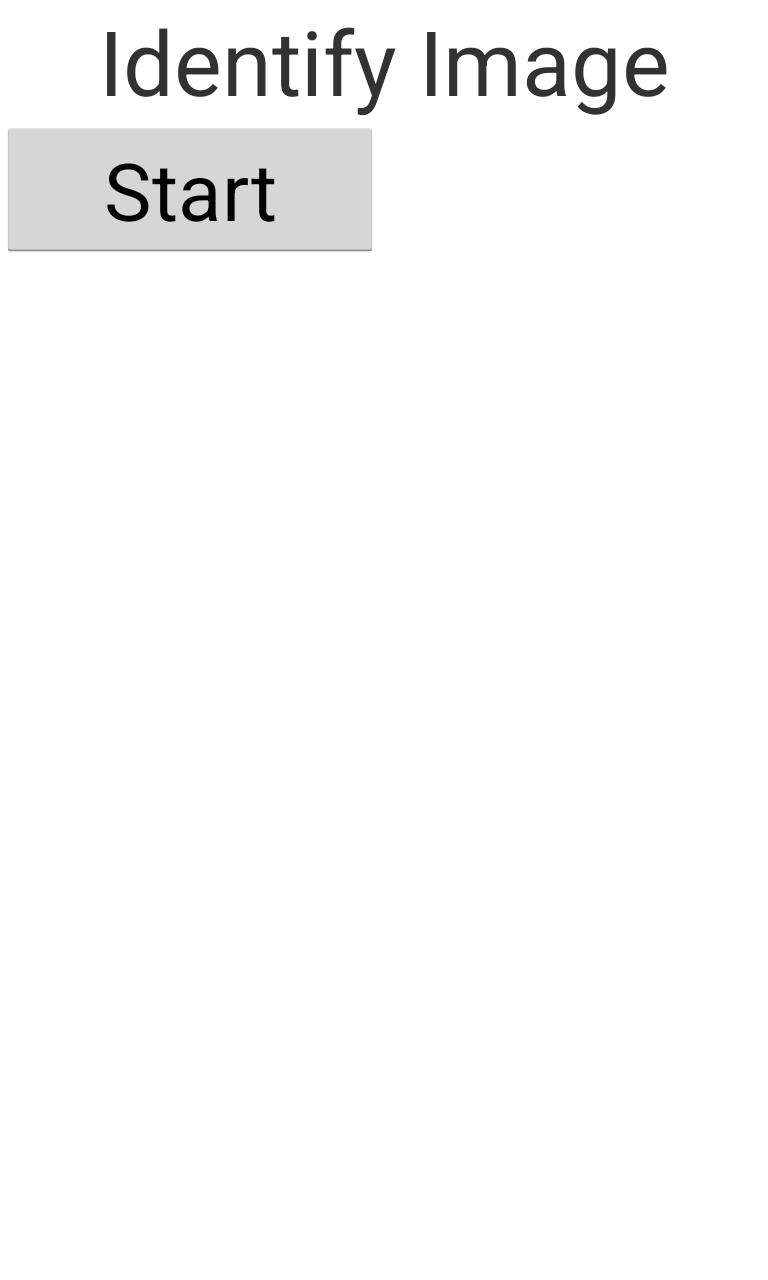
Repository: rupaligarje123/aakash
Layout: androidphotoquiz/FunChem1/photoquiz/res/layout/activity_main.xml
An editor plug-in stored every save of this project. The layout is shown before and after the next save, followed by the edit.
It is drawn on a 768 x 1280 px phone screen (xhdpi) without system bars, with theme AppTheme; the app's code is not run.

Above is the layout before, as saved 2013-04-18 06:32:58.

### androidphotoquiz/FunChem1/photoquiz/res/layout/activity_main.xml
<?xml version = "1.0" encoding ="utf-8"?>
<LinearLayout xmlns:android="http://schemas.android.com/apk/res/android"
    xmlns:tools="http://schemas.android.com/tools"
    android:layout_width="fill_parent"
    android:layout_height="fill_parent"
    android:orientation="vertical" >

    <TextView
        android:id="@+id/tvDisplay"
        android:layout_width="fill_parent"
        android:layout_height="60sp"
        android:layout_weight="0.00"
        android:gravity="center"
        android:text="@string/hello_world"
        android:textSize="45sp" />

    <Button
        android:id="@+id/bEasy"
        android:layout_width="190dp"
        android:layout_height="wrap_content"
        android:text="@string/string1"
        android:textSize="40sp" />

</LinearLayout>

### androidphotoquiz/FunChem1/photoquiz/res/values/strings.xml
<?xml version="1.0" encoding="utf-8"?>
<resources>

    <string name="app_name">FunChem</string>
    <string name="action_settings">Settings</string>
    <string name="hello_world">Identify Image</string>
    <string name="Result">Select answer</string>
    <string name="string1">Start</string>

</resources>

Loaded but not shown: androidphotoquiz/FunChem1/photoquiz/res/values/styles.xml (common file); androidphotoquiz/FunChem1/photoquiz/res/values-v11/styles.xml (common file); androidphotoquiz/FunChem1/photoquiz/res/values-v14/styles.xml (common file)

After the next save:
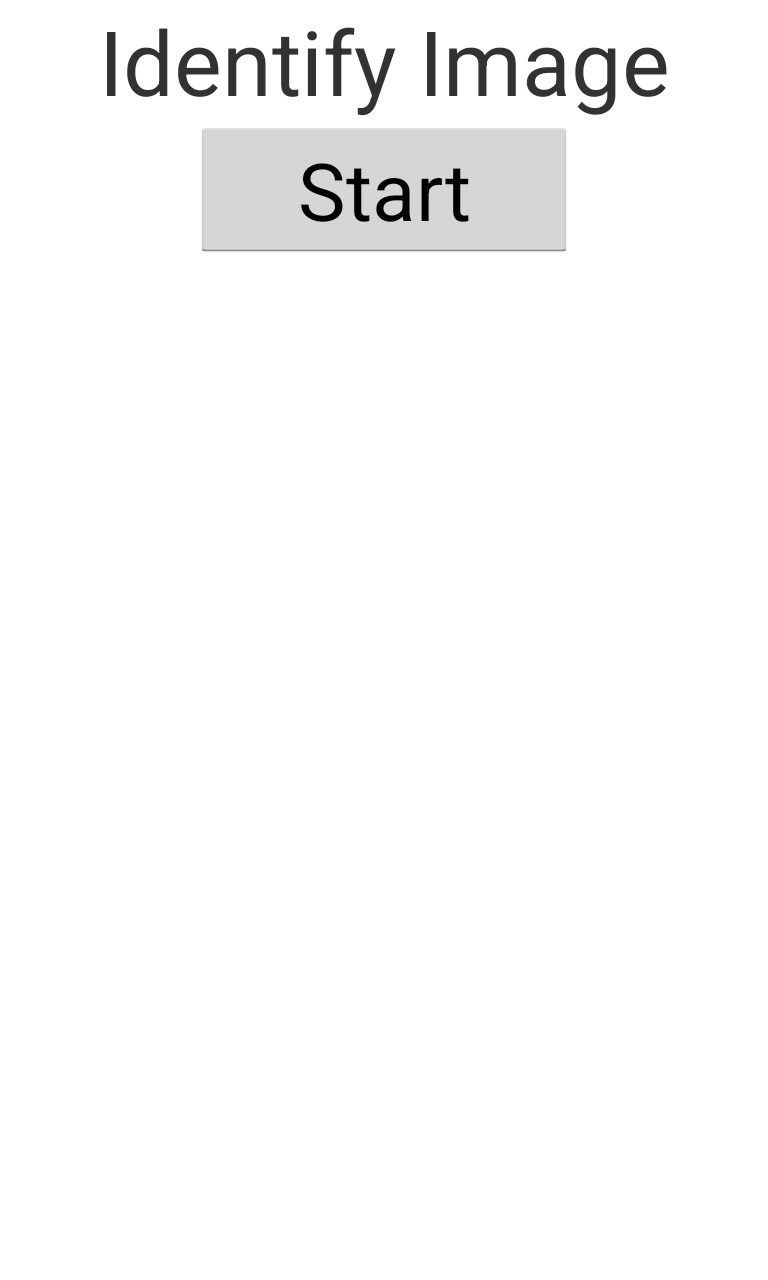
Saved 64 s later.
--- a/androidphotoquiz/FunChem1/photoquiz/res/layout/activity_main.xml
+++ b/androidphotoquiz/FunChem1/photoquiz/res/layout/activity_main.xml
@@ -18,6 +18,7 @@
         android:id="@+id/bEasy"
         android:layout_width="190dp"
         android:layout_height="wrap_content"
+        android:layout_gravity="center"
         android:text="@string/string1"
         android:textSize="40sp" />
 
